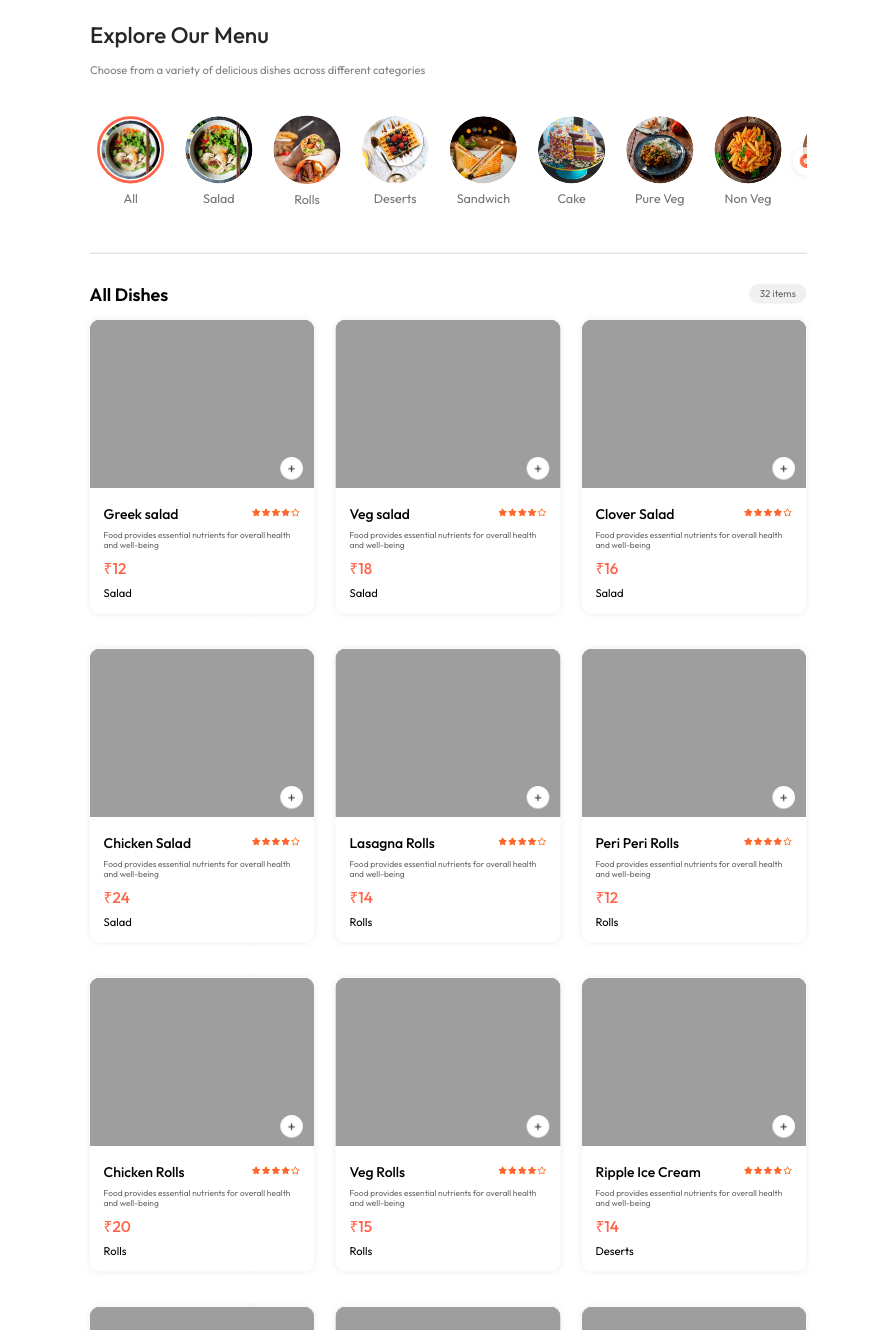
Repository: keyursanglikar/Hotel-Manangement
Page: / (app in frontend/)
An editor plug-in stored every save of this project. The page is shown before and after the next save, followed by the edit.
The browser window is 1280 px wide. The pictures show the part of the page from y = 609 to 2509 px (the page is 9373 px tall), at 70% of full size.
The page's requests for data from a server got no answer. The project was rebuilt for these pictures with package versions that can differ from the ones it lists, and the page was loaded fresh each time. No one was signed in, and anything a server would have sent is missing. Also part of the build but not shown: frontend/vite.config.js, frontend/src/pages/Cart/Cart.css, frontend/src/pages/Cart/Cart.jsx, frontend/src/pages/PlaceOrder/PlaceOrder.jsx, frontend/src/components/LoginPopup/LoginPopup.css, frontend/src/components/LoginPopup/LoginPopup.jsx, frontend/src/pages/Verify/Verify.css, frontend/src/pages/Verify/Verify.jsx and 2 more.

Above is the page before, as saved 2025-12-04 22:52:45.

After the next save:
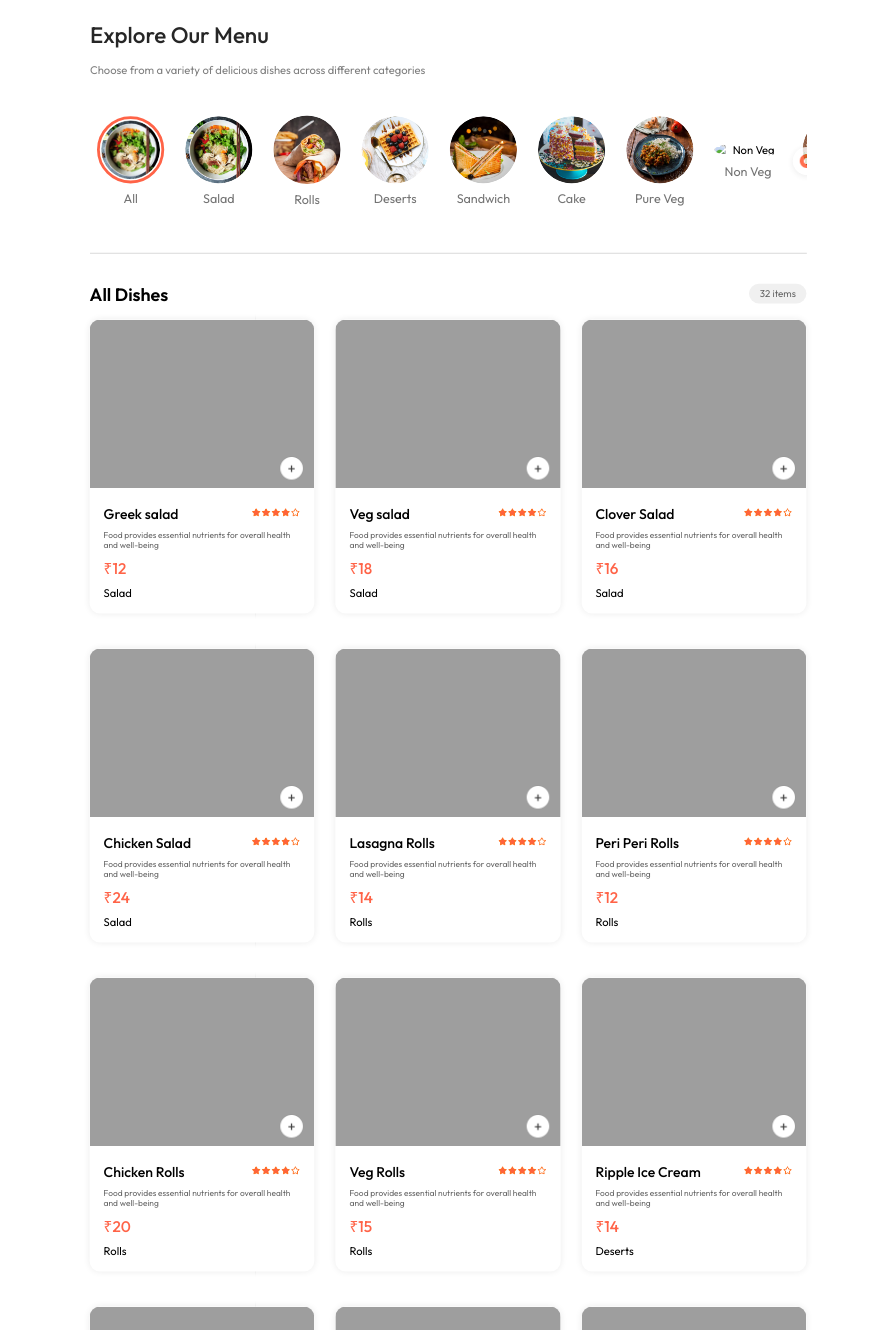
Saved 37 s later.
--- a/frontend/src/assets/assets.js
+++ b/frontend/src/assets/assets.js
@@ -493,7 +493,7 @@ export const menu_list = [
         menu_image: menu_6
     },
     {
-        menu_name: "Non Veg", // New category
+        menu_name: "Non Veg Starters", // New category
         menu_image: menu_7 // Using existing icon
     },
     {
